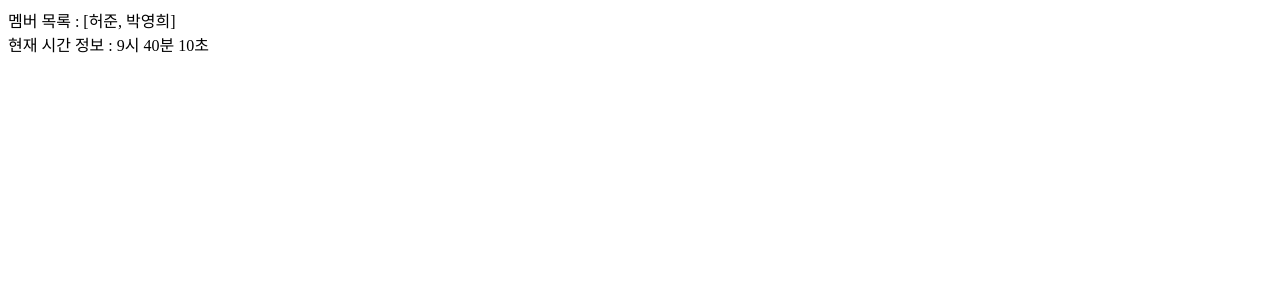
Repository: SimpleRan/jsp_paractice2
Page: http://localhost/JSPBasic/jsptag/directive.jsp
An editor plug-in stored every save of this project. The page is shown before and after the next save, followed by the edit.
The browser window is 1280 px wide. The pictures show the whole page.
The page is served by Tomcat 9.

Above is the page before, as saved 2022-03-24 08:33:40.

After the next save:
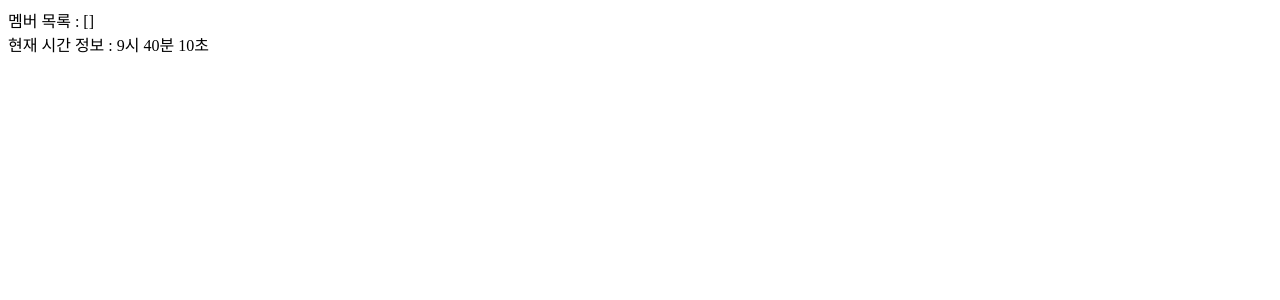
Saved 36 s later.
--- a/JSPBasic/src/main/webapp/jsptag/directive.jsp
+++ b/JSPBasic/src/main/webapp/jsptag/directive.jsp
@@ -23,7 +23,7 @@
 	// 멤버를 인덱스 삭제 방식으로 임의로 1명, 내부요소명을 직접 적어 삭제하는 방식으로 임의로 한명 없애주세요.
 	names.remove(2);
 	names.remove("홍길동");
-
+	names.clear();
 	//out.println("멤버 목록 : " + names +"<br/>");
 %>
 	멤버 목록 : <%= names %><br/>
